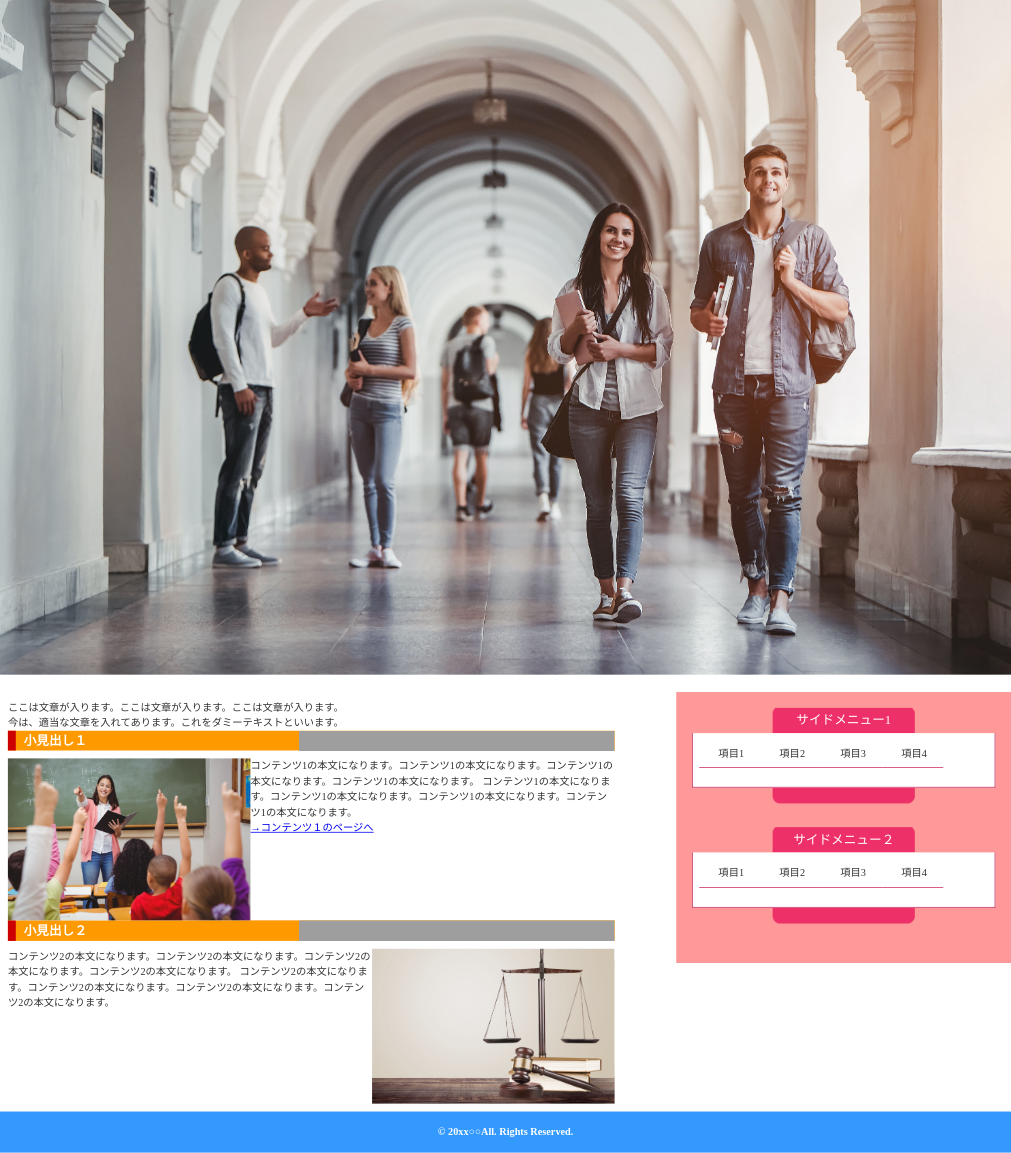
Repository: hirano51/samurai_HTML-CSS
Page: home.html
The author's editor kept a record of every edit. The page is drawn from the files as they stood at one moment, then again after the next edit.
The browser window is 1280 px wide. The pictures show the whole page, at 79% of full size.
Pictures or frames that could not be fetched are drawn as grey boxes.

Above is the page before.

### home.html
<!DOCTYPE html>
<html lang="jp">
<head>
  <meta charset="UTF-8">
<title>HTML/CSSの学習</title>
<link rel="stylesheet" href="stylesheet.css">
</head>
<body>
  <div id="header">
<h1><a href="index.html"><img id="corridor" src="images/corridor.jpg" alt="大学の廊下" /></a></h1>

  </div>
  <div id="wrapper">
</div>

<div id="nav">
<ul>



  </ul>


<div id="container">
  <div id="main">
    <div class="post">
      <p>ここは文章が入ります。ここは文章が入ります。ここは文章が入ります。<br />今は、適当な文章を入れてあります。これをダミーテキストといいます。</p>
    </div>
    <div class="posut clearfix">
      <h2>小見出し１</h2>
      <img class="left" src="images/classroom.jpg" alt="授業風景"/>
      <p>
        コンテンツ1の本文になります。コンテンツ1の本文になります。コンテンツ1の本文になります。コンテンツ1の本文になります。
        コンテンツ1の本文になります。コンテンツ1の本文になります。コンテンツ1の本文になります。コンテンツ1の本文になります。
      </p>
      <p><a href="#">→コンテンツ１のページへ</a></p>
    </div>
    <div class="post cleatfix">
      <h2>小見出し２</h2>
      <img class="right" src="images/scale.jpg" alt="天秤"/>
      <p>
        コンテンツ2の本文になります。コンテンツ2の本文になります。コンテンツ2の本文になります。コンテンツ2の本文になります。
        コンテンツ2の本文になります。コンテンツ2の本文になります。コンテンツ2の本文になります。コンテンツ2の本文になります。                       </p>
      </p>
      </div>
      </div>
      </div>

      <div id="side">
        <div class="box">
          <h2>サイドメニュー1</h2>
          <div class="boxBody">
            <ul>
              <li>項目1</li>
               <li>項目2</li>
                <li>項目3</li>
                 <li>項目4</li>
            </ul>
            </div>
            </div>

            <div>
              <div class="box">
                <h2>サイドメニュー２</h2>
                <div class="boxBody">
                  <ul>
                  <li>項目1</li>
                  <li>項目2</li>
                  <li>項目3</li>
                  <li>項目4</li>
                  </ul>
                </div>
              </div>
            </div>
            </div>


<div id="footer">
<p>&copy; 20xx○○All. Rights Reserved.</p>
</div>
</body>
</html>

### stylesheet.css
@charset"utf-8";

body{
    margin:0;
    padding:0;
    font-family:"ヒラギノ角ゴ Pro W3", "Hiragino Kaku Gothic Pro", "メイリオ", Meiryo, Osaka, "ＭＳ Ｐゴシック", "MS PGothic";
color:#333;
font-size:13px;
line-height:150%;
}

#wrapper{
    width:100%;
    margin:auto;
padding:0;
border:0px;
background-color:#FFF;
top:10px;
position:relative;

}


#header{
    width:100%;
}
#header h1{
    margin:0;
    padding:0;
}

#corridor{
    width:100%;
    height:auto;
}


#footer {
	clear: both;
	width: 100%;
	padding: 3px 0 3px 0;
	background: #39F;
	color: #FFF;
	font-weight: bold;
	text-align: center;
}


#nav{
    width:100%;
}
#nav ul{
    display:flex;
    margin:0;
    padding:0;
    list-style-type:none;
}
#nav ul li{
    width:20%;
    text-align:center;
}
#nab ul li a {
    disoplay:block;
    height:20px;
    margin:0;
    padding:10px;
    color:#FFF;
    font-size:20px;
    text-decoration:none;
    background-color:green;

}

    #nav ul li a:hover {
        filter:drop-shadow(10px 10px 10px black);
    }






#container{
    width:100%;
    margin:auto;
    padding:auto;
    padding-top:20px;
    clear:both;
}

#main{
    float:left;
    width:60%;
    padding:10px 30px 10px 10PX;
}
#main h2{
    margin:0 0 10px 0;
    padding: 3px 10px 3px 10px;
    color:#FFF;
    font-size:16px;
    border-left:solid 10px #C00;
    background:#F90 url(../images/main_h2.jpg) right top repeat-y;
}
#main p{
    margin:0;
    padding:0;
}
#main.post{
    margin:0 0 30px 0;
}
#main.post img.right{
    margin:0 0 0 8px;
}
#main.post img.left{
    margin: 0 8px 0 0;
}

.right{
    float:right;
    width:40%;
    height:auto;
}
.left{
    float:left;
    width:40%;
    height:auto;
}



.cleatfix{
    zoom:1;
}
.clearfix:after{
    content:"";
    display:block;
    clear:both;
}



#side {
	float: right;
	width: 30%;
	padding: 20px;
	background-color: #F99;
}
#side .box {
	margin: 0 auto 30px auto;
	padding: 0 0 20px 0;
	background: url(images/side_box.png) bottom no-repeat;
}
#side .box h2 {
	margin: 0;
	padding: 8px;
	text-align: center;
	color: #fff;
	font-size: 16px;
	line-height: 16px;
	font-weight: normal;
	background: url(images/side_box_h2.png) center no-repeat;
}
#side .box .boxBody {
	padding: 8px;
	border-right: solid 1px #C36;
	border-bottom: solid 1px #C36;
	border-left: solid 1px #C36;
	background: #fff;
}
#side .box .boxBody ul {
	margin: 0 0 16px 0;
	padding: 0;
}
#side .box .boxBody ul li {
	padding: 8px 0 8px 4px;
	list-style: none;
	border-bottom: solid 1px #C36;
}

#side .box .boxBody ul li:hover{
    padding:8px 0 8px 4px;
    list-style:none;
    border-bottom:solid 1px #C36;
    box-shadow:0px 4px 4px rgba(0,0,0,0.3);

}

After the next edit:
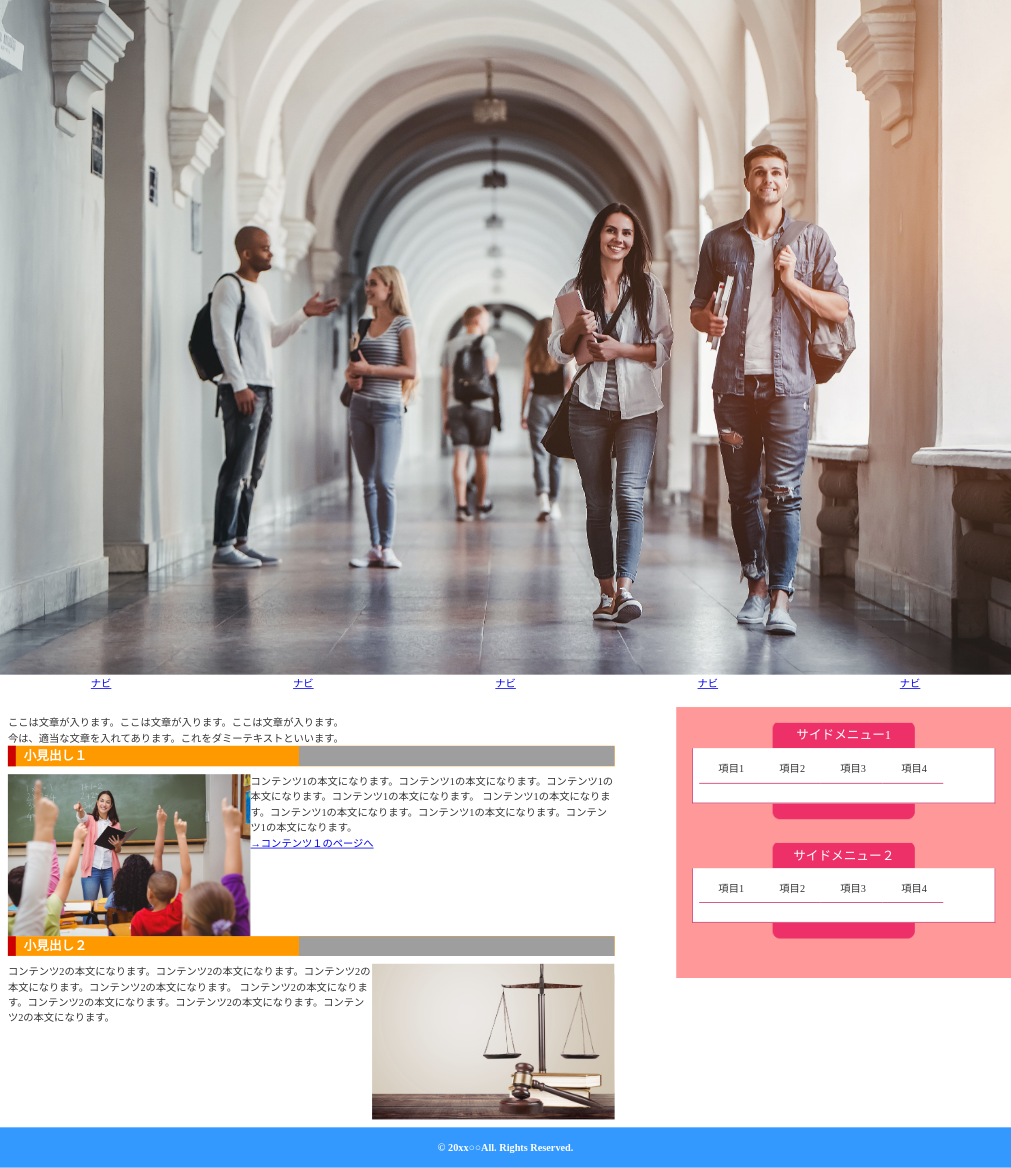
The edit:
--- a/home.html
+++ b/home.html
@@ -15,7 +15,11 @@
 
 <div id="nav">
 <ul>
-
+  <li><a href="home.html">ナビ</a></il>
+    <li><a href="home.html">ナビ</a></il>
+  <li><a href="home.html">ナビ</a></il>
+  <li><a href="home.html">ナビ</a></il>
+  <li><a href="home.html">ナビ</a></il>
 
 
   </ul>
